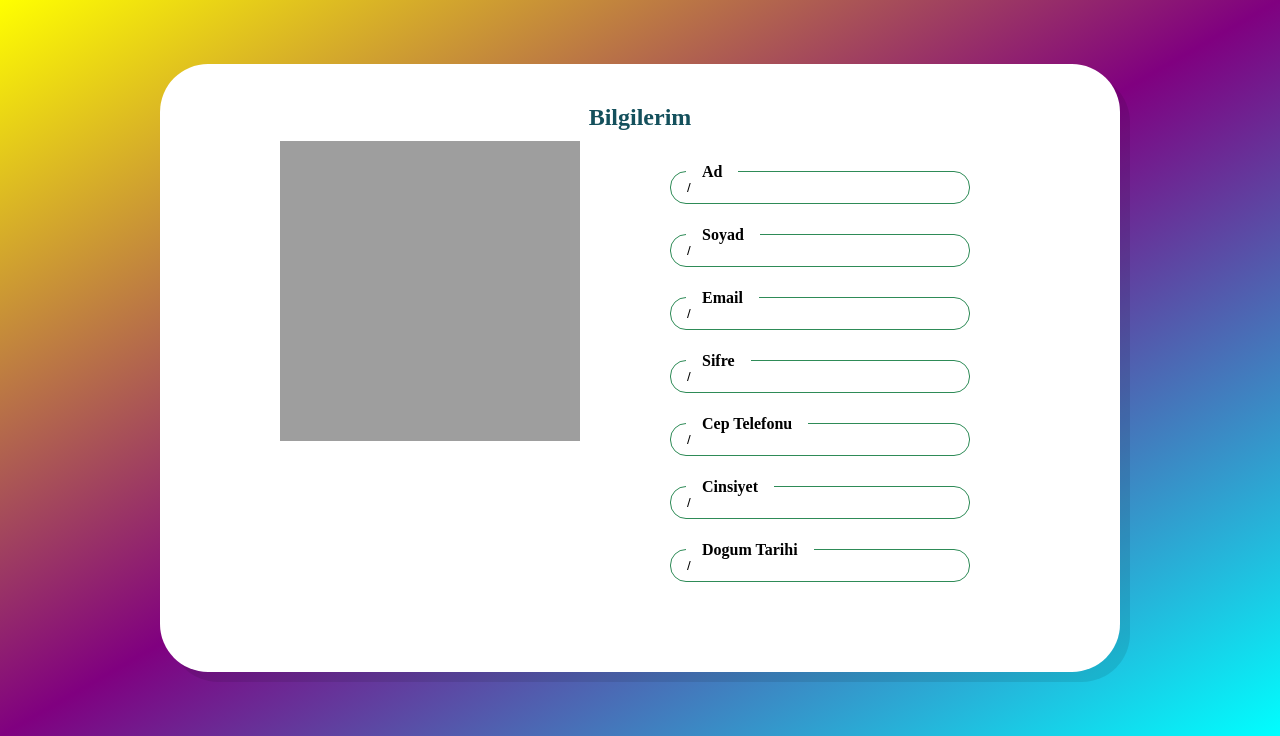
Repository: aenesyvz/web-programming-project
Page: http://localhost/test4/info.jsp
An editor plug-in stored every save of this project. The page is shown before and after the next save, followed by the edit.
The browser window is 1280 px wide. The pictures show the whole page.
Pictures or frames that could not be fetched are drawn as grey boxes. The page is served by Tomcat 9.

Above is the page before, as saved 2023-05-11 05:18:58.

After the next save:
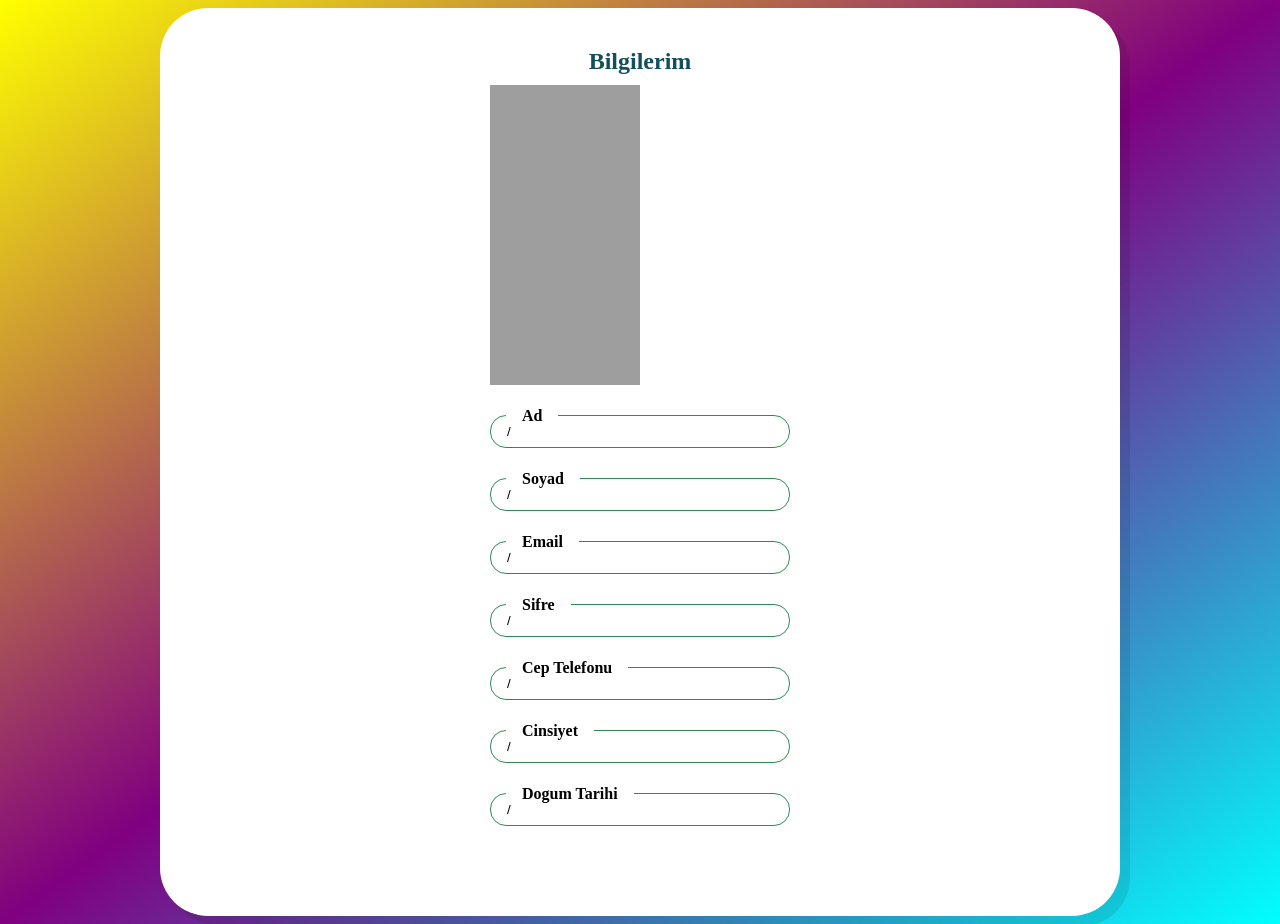
Saved 86 s later.
--- a/test/test4/src/main/webapp/info.jsp
+++ b/test/test4/src/main/webapp/info.jsp
@@ -11,7 +11,7 @@
 <section>
     <div class="container-info" style="background-color: #ffffff;padding:30px;border-radius:3rem; box-shadow: 10px 10px rgba(0, 0, 0, 0.096);">
        <h2 class="title">Bilgilerim</h2>
-       <div class="grid" style="display: grid;grid-template-columns:1fr 1fr;">
+       <div class="grid"
        		<div class="displayImage" style="width:300px;height: 300px">
        		 <img src=${user.image}  class="displayImage" alt="" style="width: 300px;height: 300px;margin:0 auto; display: flex;align-items: center;	justify-content: center;"/>
        		</div>
